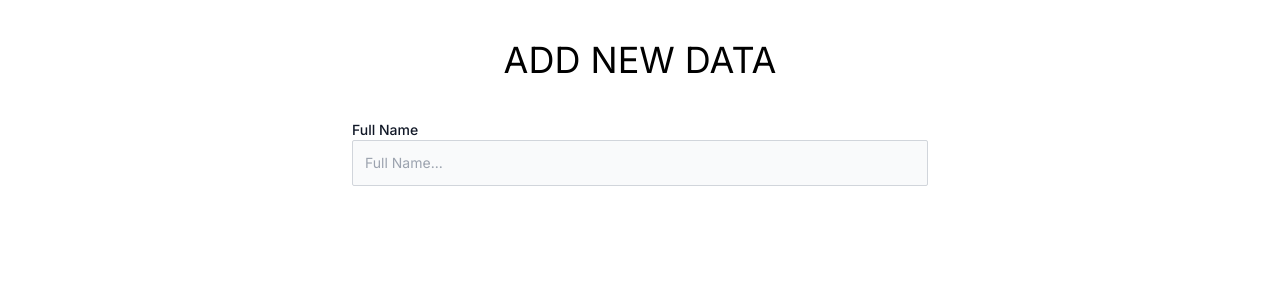
Repository: KilluaProject/crud-nextjs14
Page: /contacts/create
An editor plug-in stored every save of this project. The page is shown before and after the next save, followed by the edit.
The browser window is 1280 px wide. The pictures show the whole page.
The project was rebuilt for these pictures with package versions that can differ from the ones it lists, and the page was loaded fresh each time. The framework's server and built-in components were replaced by stand-ins that run in the browser. Also part of the build but not shown: next.config.mjs.

Above is the page before, as saved 2024-06-30 14:11:06.

After the next save:
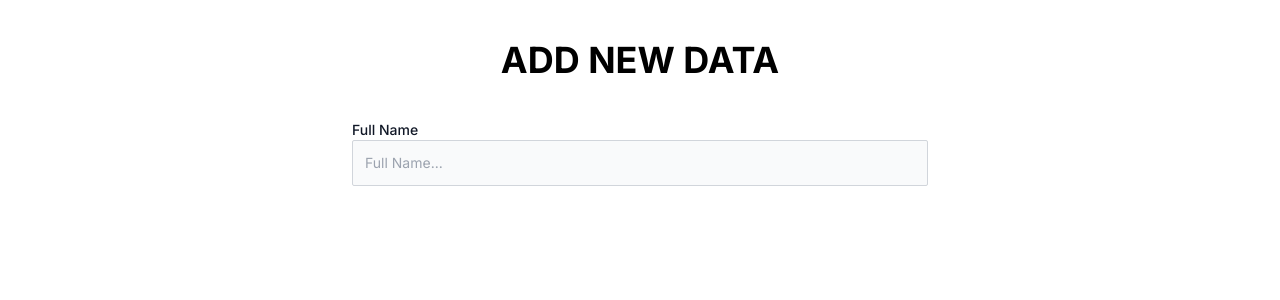
Saved 4 s later.
--- a/app/contacts/create/page.tsx
+++ b/app/contacts/create/page.tsx
@@ -4,7 +4,7 @@ import React from 'react'
 const CreateContact = () => {
   return (
     <div className='max-w-xl m-auto my-10 flex flex-col gap-10 '>
-      <h1 className='text-4xl text-center uppercase'>
+      <h1 className='text-4xl text-center uppercase font-bold'>
         Add New Data
       </h1>
         <CreateForm/>
